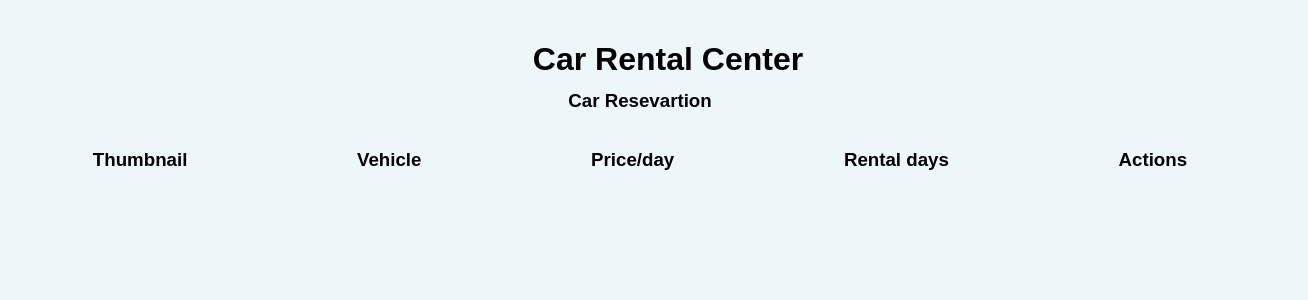
Repository: michtnt/POI-Hertz
Page: cart.html
The author's editor kept a record of every edit. The page is drawn from the files as they stood at one moment, then again after the next edit.
The browser window is 1280 px wide. The page is 1308 px wide, so the pictures cover 1308 px, including what lies to the right of the window. The pictures show the whole page.

Above is the page before.
Console error: TypeError: Cannot read properties of null (reading 'length')

After the next edit:
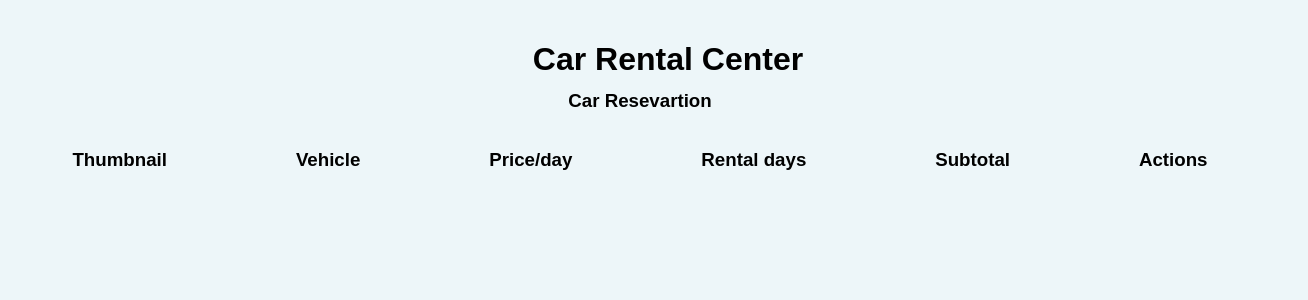
The edit:
--- a/cart.html
+++ b/cart.html
@@ -80,6 +80,7 @@
                 <h3>Vehicle</h3>
                 <h3>Price/day</h3>
                 <h3>Rental days</h3>
+                <h3>Subtotal</h3>
                 <h3>Actions</h3>
             </div>
         </div>
